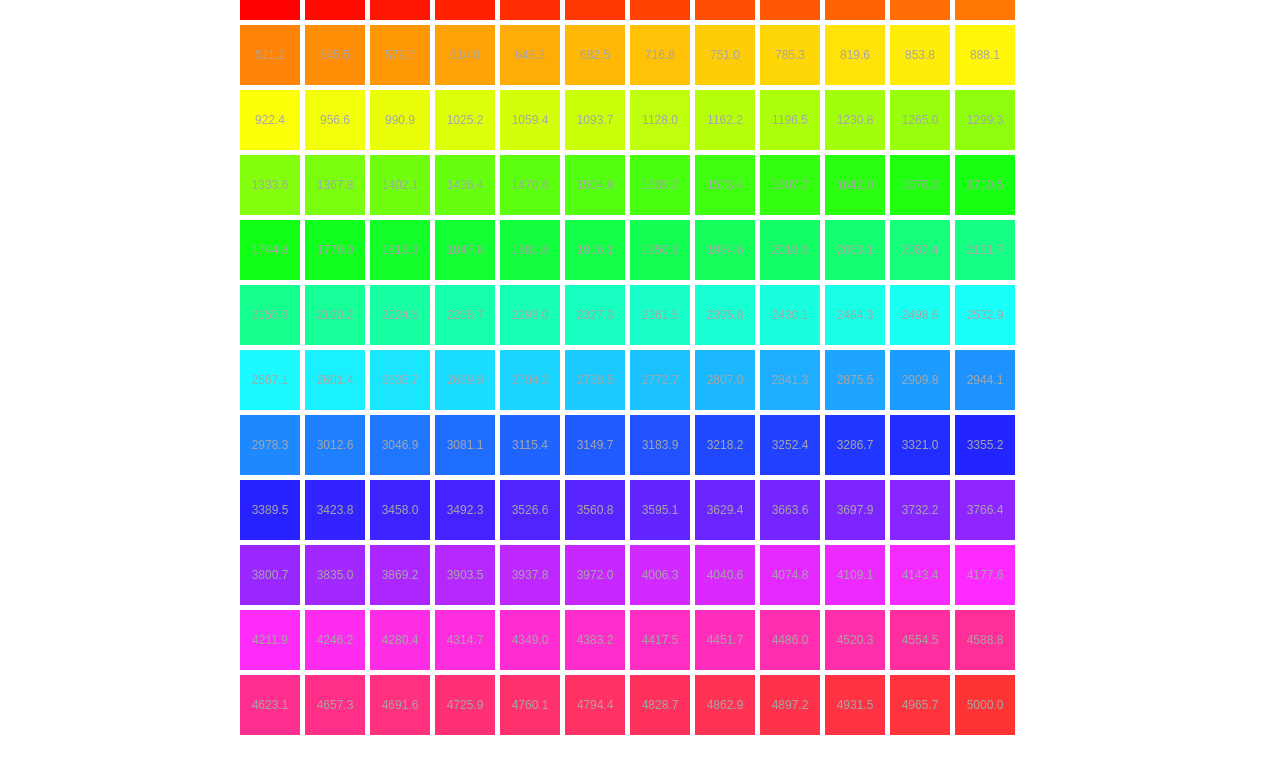
Repository: studiorichie/richielau.com
Page: assets/sound-to-color-microtone.html
An editor plug-in stored every save of this project. The page is shown before and after the next save, followed by the edit.
The browser window is 1280 px wide. The pictures show the whole page.

Above is the page before, as saved 2024-11-06 22:17:13.

After the next save:
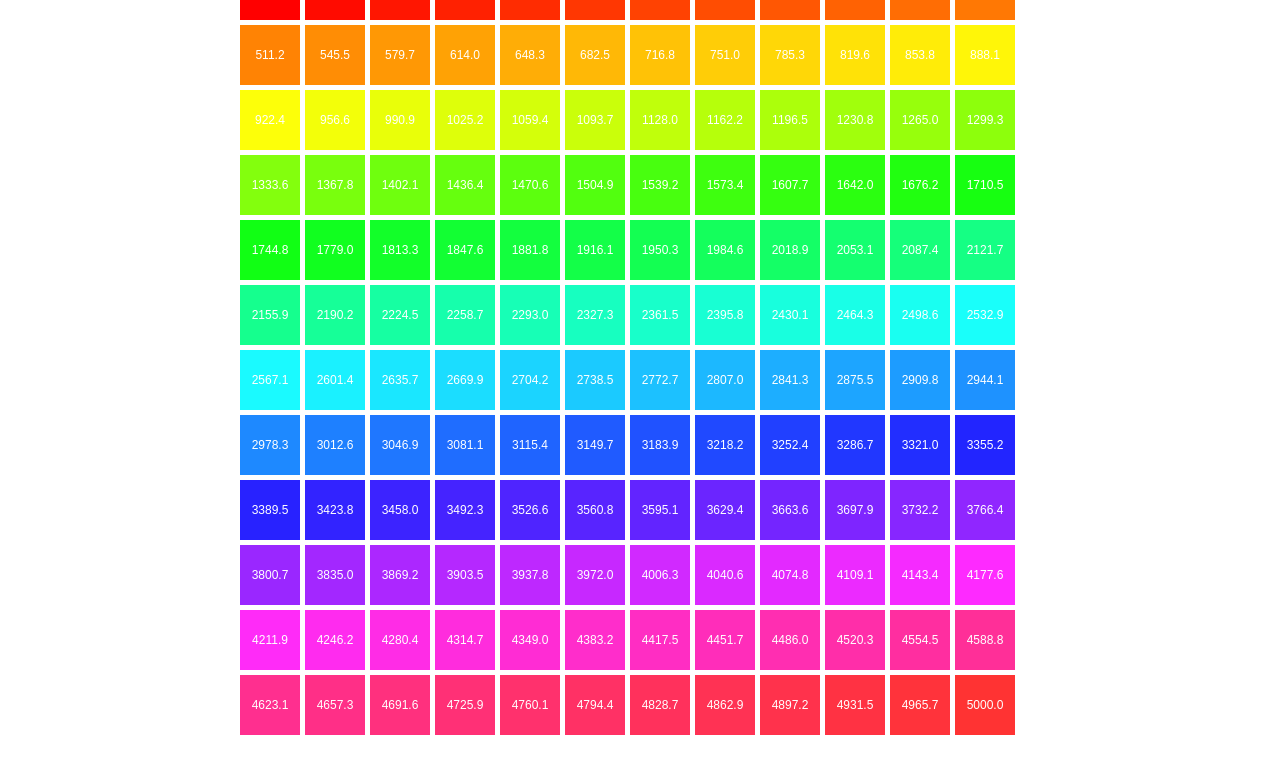
Saved 34 s later.
--- a/assets/sound-to-color-microtone.html
+++ b/assets/sound-to-color-microtone.html
@@ -27,7 +27,7 @@
         }
 
         .label {
-            fill: rgb(166, 166, 166);
+            fill: rgb(255, 255, 255);
             font-size: 12px;
             text-anchor: middle;
             user-select: none;
